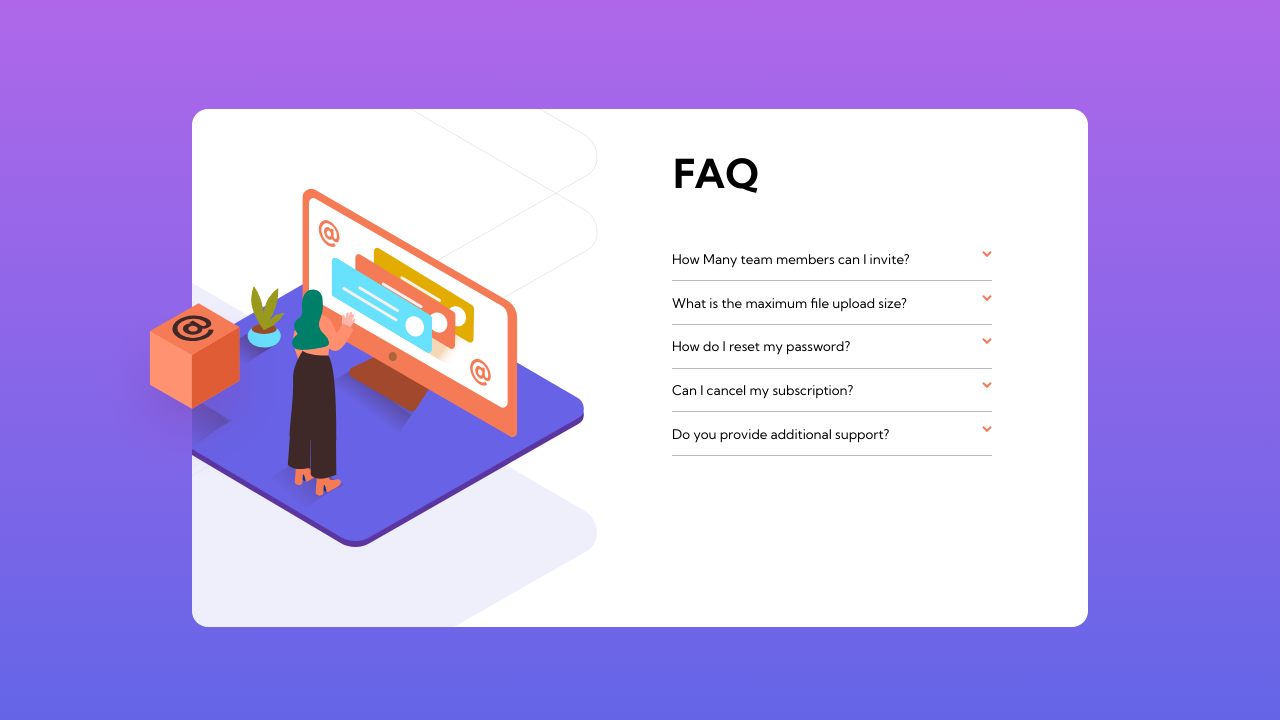
Repository: ryanwilll/ProjetoFAQ
Page: index.html
An editor plug-in stored every save of this project. The page is shown before and after the next save, followed by the edit.
The browser window is 1280 px wide. The pictures show the whole page.

Above is the page before, as saved 2022-10-28 12:10:49.

After the next save:
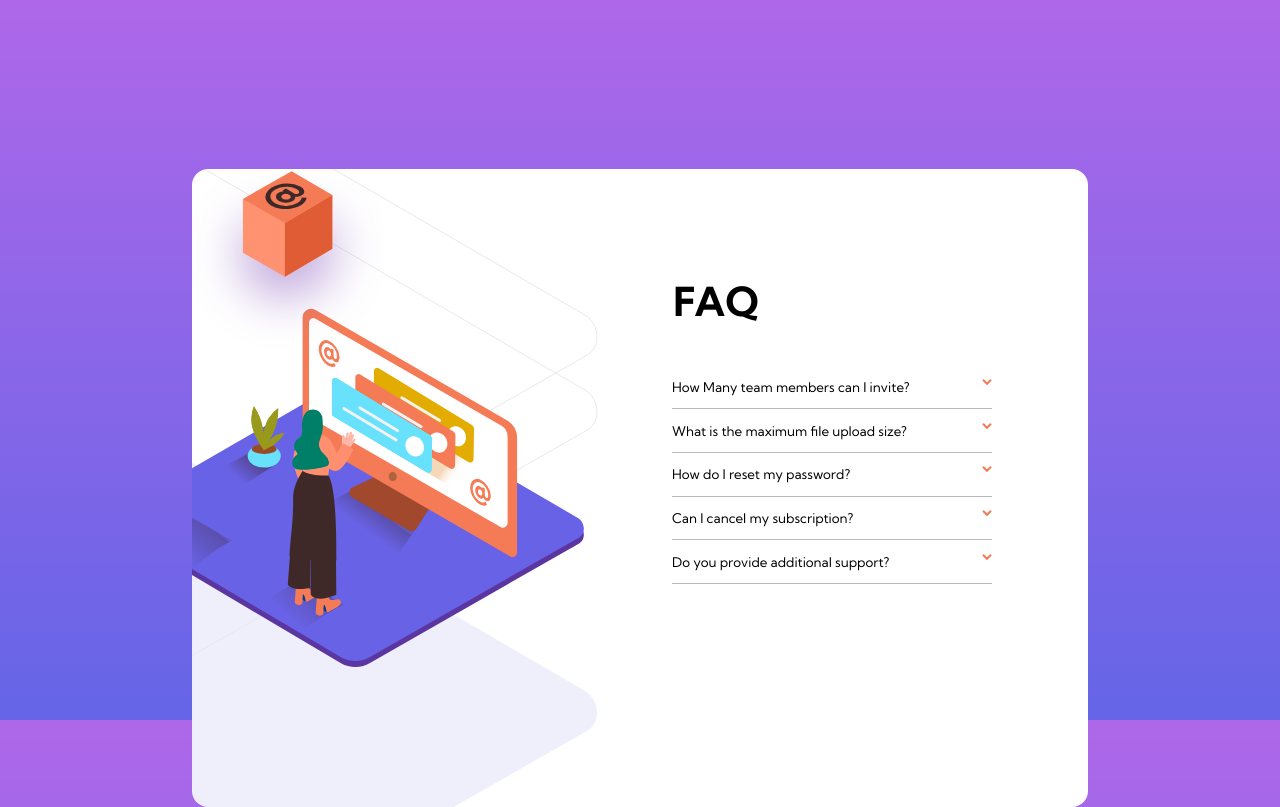
Saved 21 s later.
--- a/css/allmedia.css
+++ b/css/allmedia.css
@@ -178,8 +178,5 @@
     display: block;
   }
   .imgs-desktop .Box-Imagem {
-    position: absolute;
-    top: 12em;
-    left: -5.8em;
   }
 }

After the 3 saves that followed:
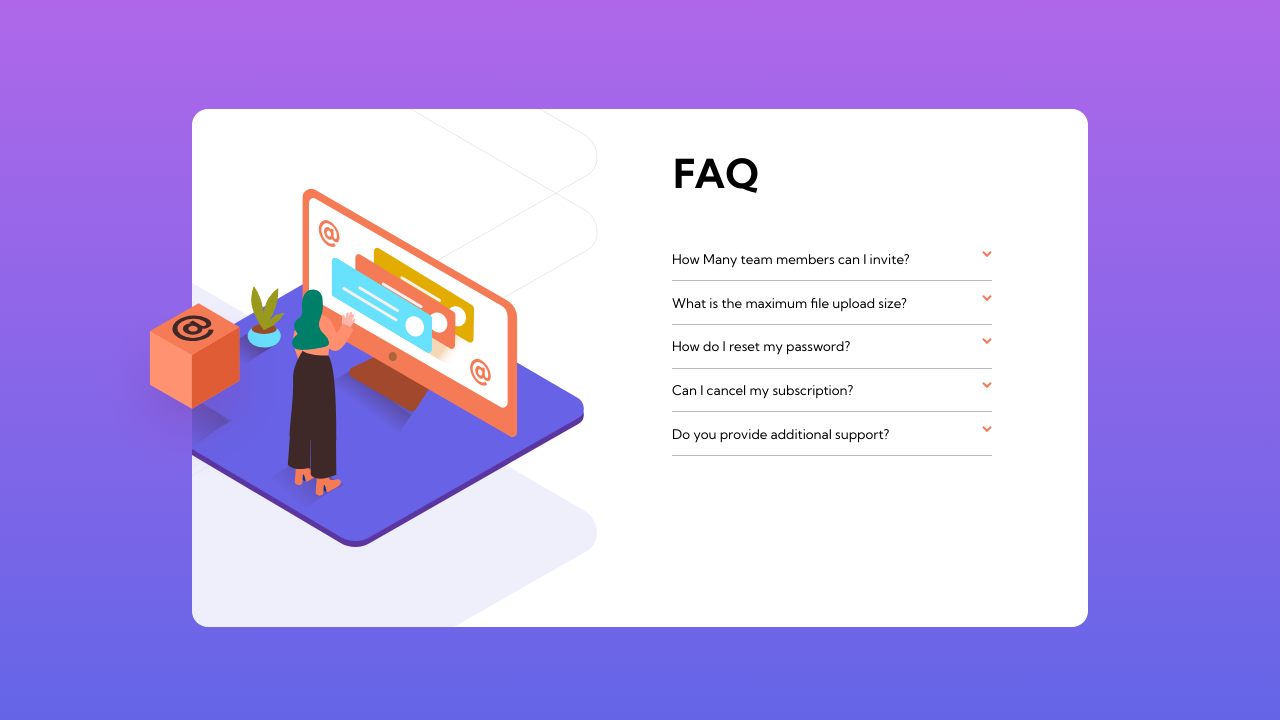
The 3 saves are shown as one change because 2 left the picture as it was.
The last was saved 15 s later.
--- a/css/allmedia.css
+++ b/css/allmedia.css
@@ -178,5 +178,8 @@
     display: block;
   }
   .imgs-desktop .Box-Imagem {
+    position: absolute;
+    top: 12em;
+    left: -5.8em;
   }
 }
